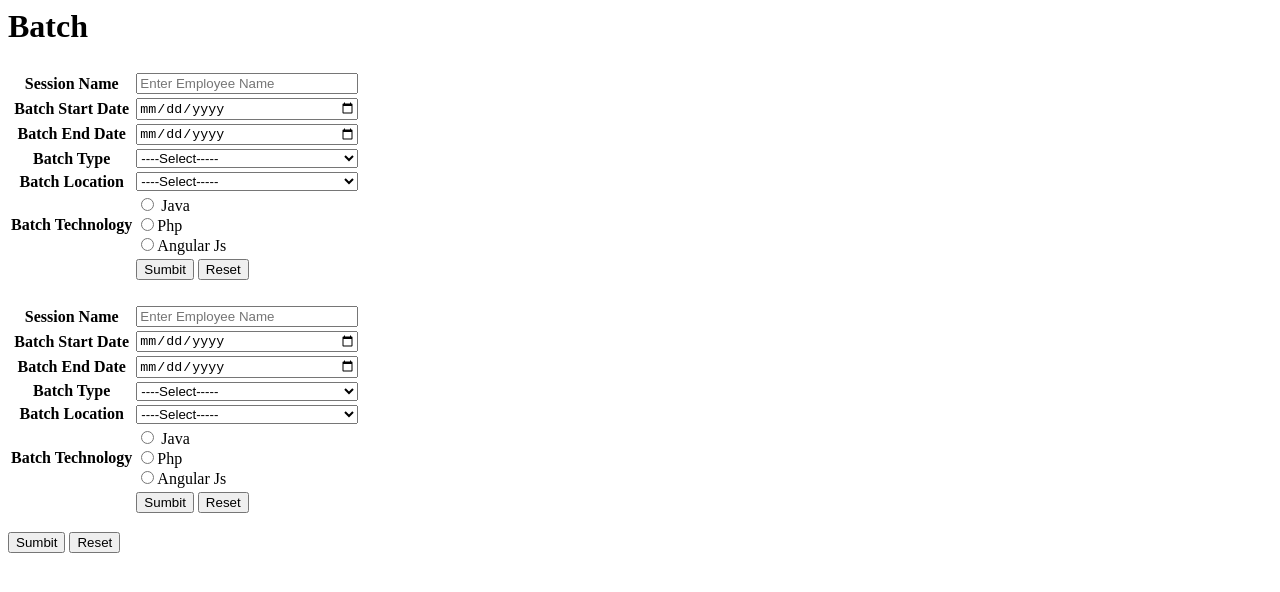
Repository: Dipak27/Dipak-s-front-end
Page: http://localhost/Traning_Management/sessioncreate.jsp
An editor plug-in stored every save of this project. The page is shown before and after the next save, followed by the edit.
The browser window is 1280 px wide. The pictures show the whole page.
The page is served by Tomcat 9. Other server files are loaded and not shown.

Above is the page before, as saved 2016-11-10 03:45:36.
Console error: ReferenceError: mainApp is not defined

### Training Management Project/Traning_Management/src/main/webapp/sessioncreate.jsp
	<!-- CONTENTS START -->

	<script>
	mainApp.controller('myCtrl', function($scope, $http) {
		$scope.msg="hello";
		$scope.employee={empId:null,empEmailId:"",empName:"",empLocation:""};
		$scope.fetchData=function()
		{
			 $http.get("http://localhost:8808/TrainingManagementSystem/employee/list")
			  .then(function(response) {
				  alert("response called...");
			      $scope.myWelcome = response.data;
			  });
		}
		 $scope.myMethod=function(){
			alert("method called...");
			 $http.post("http://localhost:8808/TrainingManagementSystem/employee/create/",$scope.employee)
			  .then(function(response) {
				  alert("response called...");
				  $scope.fetchData();
			      $scope.myWelcome = response.data;
			  });
		}


	});

	</script>
		<div class="container_24">
			<div class="grid_24">

				<div class="contents">

					<div class="padding_20">
						<h1>Batch</h1>
					</div>
						<div class="grid_6 alpha">

								<div class="padding_20 text-justify" ng-controller="">
									<form ng-submit="myMethod()">
									<table class="form-table" style="width:auto">
										<tr>
                        						<td><input type="hidden" ng-model="batch.batchId"></td>
                        					</tr>
                        					<tr>
												<th>
														Session Name
												</th>
												<td>
													<input id="batchname" type="text"  class="validate[required]" ng-model="employee.empName" style="width:120%" placeholder="Enter Employee Name" value=""  />
												</td>

											</tr>

												<tr>
												<th>
														Batch Start Date
												</th>
												<td>
													<input id="batchstartdate" type="date"  class="validate[required]" ng-model="employee.empEmailId" style="width:120%" placeholder="Enter new email id" value=""  />
												</td>

											</tr>
												<tr>
												<th>
														Batch End Date
												</th>
												<td>
													<input id="batchenddate" type="date"  class="validate[required]" ng-model="employee.empEmailId" style="width:120%" placeholder="Enter new email id" value=""  />
												</td>

											</tr>

										<tr>
											<th>
												Batch Type
											</th>
											<td>
												<select id="select1"  class="validate[required]" ng-model="employee.empLocation" style="width:120%"  >
													<option value="null">----Select-----</option>
                                        			<option value="Technical">Technical</option>
                                        			<option value="softskill">Soft Skill</option>

												</select>
											</td>
										</tr>
										<tr>
											<th>
												Batch Location
											</th>
											<td>
												<select id="select1"  class="validate[required]" ng-model="employee.empLocation" style="width:120%"  >
													<option value="null">----Select-----</option>
                                        			<option value="pune">Pune</option>
                                        			<option value="hyderabad">Hyderabad</option>
                                        			<option value="gandhinagar">Gandinagar</option>

												</select>
											</td>
										</tr>
										<tr>
												<th>
														Batch Technology
												</th>
												<td>
													<input type="radio" name="technology" value="java"> Java<br>
  													<input type="radio" name="technology" value="php">Php<br>
  													<input type="radio" name="technology" value="angularjs">Angular Js<br>
												</td>

											</tr>
										<tr>
											<th>
												&nbsp;
											</th>
											<td>
												<input id="Submit1" type="submit" value="Sumbit"  />
												<input id="Reset1" type="reset" value="Reset" onclick="this.form.clear();" />
											</td>
										</tr>

									</table>
								</form>
							</div>

						</div>

						<div class="grid_28 omega">

							<div class="padding_20 text-justify" ng-controller="">
								<form ng-submit="myMethod()">
									<table class="form-table" style="width:auto">


                        					<tr>
                        						<td><input type="hidden" ng-model="batch.batchId"></td>
                        					</tr>
                        					<tr>
												<th>
														Session Name
												</th>
												<td>
													<input id="batchname" type="text"  class="validate[required]" ng-model="employee.empName" style="width:120%" placeholder="Enter Employee Name" value=""  />
												</td>

											</tr>

												<tr>
												<th>
														Batch Start Date
												</th>
												<td>
													<input id="batchstartdate" type="date"  class="validate[required]" ng-model="employee.empEmailId" style="width:120%" placeholder="Enter new email id" value=""  />
												</td>

											</tr>
												<tr>
												<th>
														Batch End Date
												</th>
												<td>
													<input id="batchenddate" type="date"  class="validate[required]" ng-model="employee.empEmailId" style="width:120%" placeholder="Enter new email id" value=""  />
												</td>

											</tr>

										<tr>
											<th>
												Batch Type
											</th>
											<td>
												<select id="select1"  class="validate[required]" ng-model="employee.empLocation" style="width:120%"  >
													<option value="null">----Select-----</option>
                                        			<option value="Technical">Technical</option>
                                        			<option value="softskill">Soft Skill</option>

												</select>
											</td>
										</tr>
										<tr>
											<th>
												Batch Location
											</th>
											<td>
												<select id="select1"  class="validate[required]" ng-model="employee.empLocation" style="width:120%"  >
													<option value="null">----Select-----</option>
                                        			<option value="pune">Pune</option>
                                        			<option value="hyderabad">Hyderabad</option>
                                        			<option value="gandhinagar">Gandinagar</option>

												</select>
											</td>
										</tr>
										<tr>
												<th>
														Batch Technology
												</th>
												<td>
													<input type="radio" name="technology" value="java"> Java<br>
  													<input type="radio" name="technology" value="php">Php<br>
  													<input type="radio" name="technology" value="angularjs">Angular Js<br>
												</td>

											</tr>
										<tr>
											<th>
												&nbsp;
											</th>
											<td>
												<input id="Submit1" type="submit" value="Sumbit"  />
												<input id="Reset1" type="reset" value="Reset" onclick="this.form.clear();" />
											</td>
										</tr>

									</table>
								</form>
							</div>



								<form ng-submit="myMethod()">
								<input id="Submit1" type="submit" value="Sumbit"  />
												<input id="Reset1" type="reset" value="Reset" onclick="this.form.clear();" />

								</form>

						</div>


					<div class="clear"></div>
				</div>
			</div>
		</div>
		<div class="clear"> </div>

		<!-- CONTENTS END -->

After the next save:
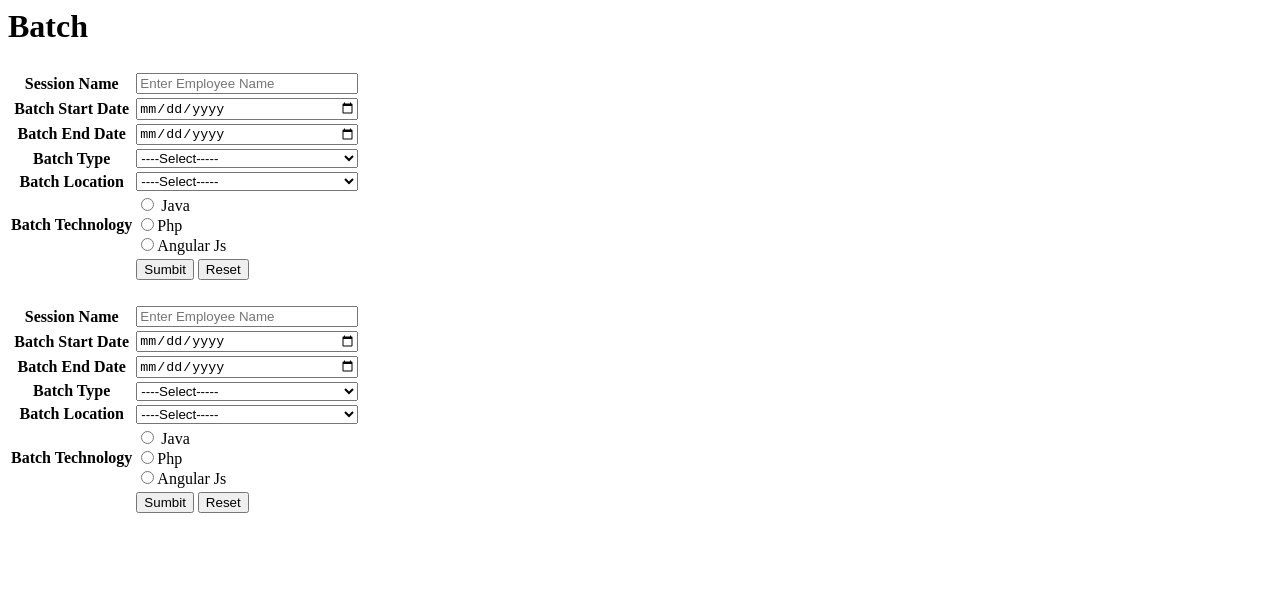
Saved 21 s later.
--- a/Training Management Project/Traning_Management/src/main/webapp/sessioncreate.jsp
+++ b/Training Management Project/Traning_Management/src/main/webapp/sessioncreate.jsp
@@ -218,11 +218,7 @@
 
 
 
-								<form ng-submit="myMethod()">
-								<input id="Submit1" type="submit" value="Sumbit"  />
-												<input id="Reset1" type="reset" value="Reset" onclick="this.form.clear();" />
-
-								</form>
+
 
 						</div>
 
